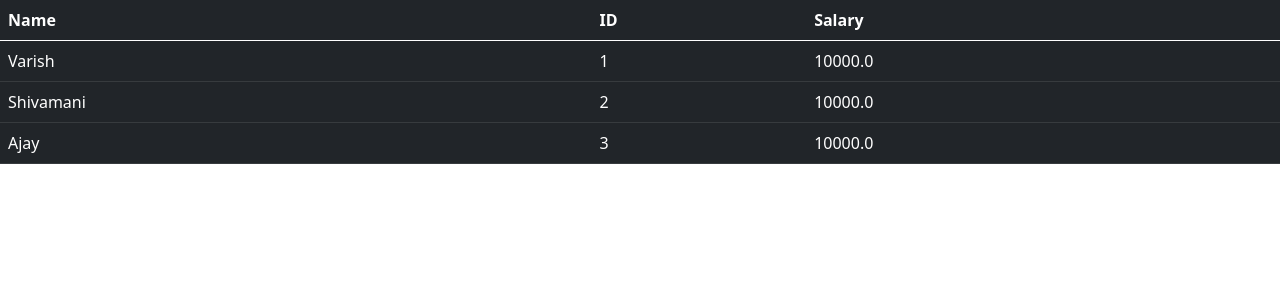
Repository: valletivarish/monojsp
Page: http://localhost/05-jsp-jstl-tags-demo/emp-jstl-forEach-demo.jsp
An editor plug-in stored every save of this project. The page is shown before and after the next save, followed by the edit.
The browser window is 1280 px wide. The pictures show the whole page.
The page is served by Tomcat 9.

Above is the page before, as saved 2024-07-15 08:21:50.

After the next save:
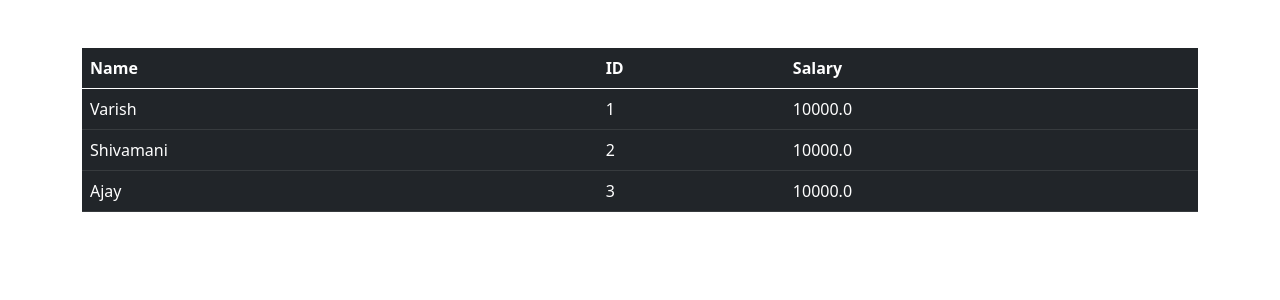
Saved 34 s later.
--- a/05-jsp-jstl-tags-demo/WebContent/emp-jstl-forEach-demo.jsp
+++ b/05-jsp-jstl-tags-demo/WebContent/emp-jstl-forEach-demo.jsp
@@ -20,7 +20,8 @@
         employees.add(new Employee("Ajay",3,10000.0));
         pageContext.setAttribute("myEmployees", employees);
     %>
-    <table class="table table-hover table-dark">
+   	<div class="container my-5">
+   		<table class="table table-hover table-dark">
         <thead>
             <tr>
                 <th>Name</th>
@@ -38,5 +39,6 @@
         </c:forEach>
         </tbody>
     </table>
+   	</div>
 </body>
 </html>
